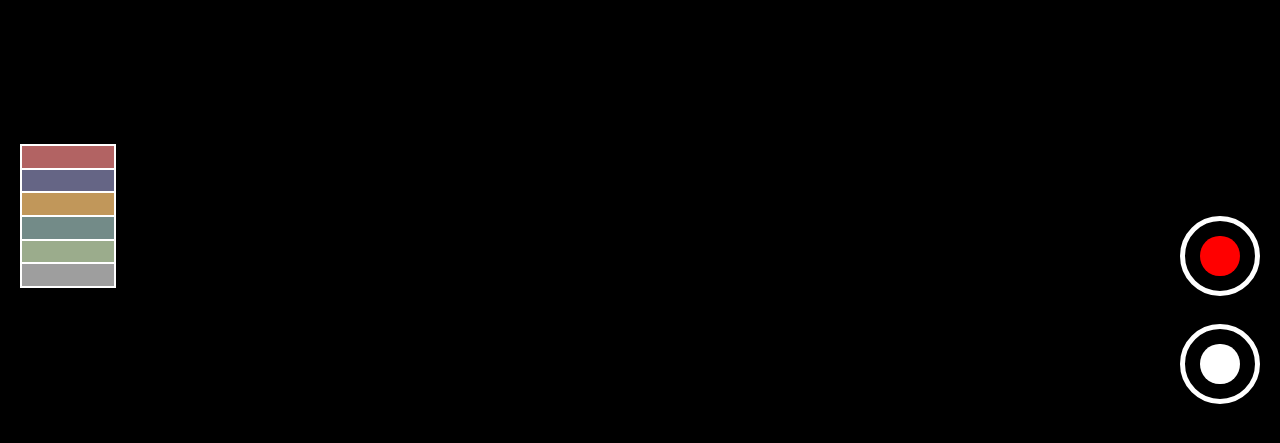
Repository: Priyanshubhartistm/webDev
Page: CSS Que and camera App/Camera/index.html
These files come from the project's save history. The page is drawn as it stood at one moment and after the next save; the edit follows.
The browser window is 1280 px wide. The pictures show the whole page.
Pictures or frames that could not be fetched are drawn as grey boxes.

Above is the page before, as saved 2021-06-13 20:04:58.

After the next save:
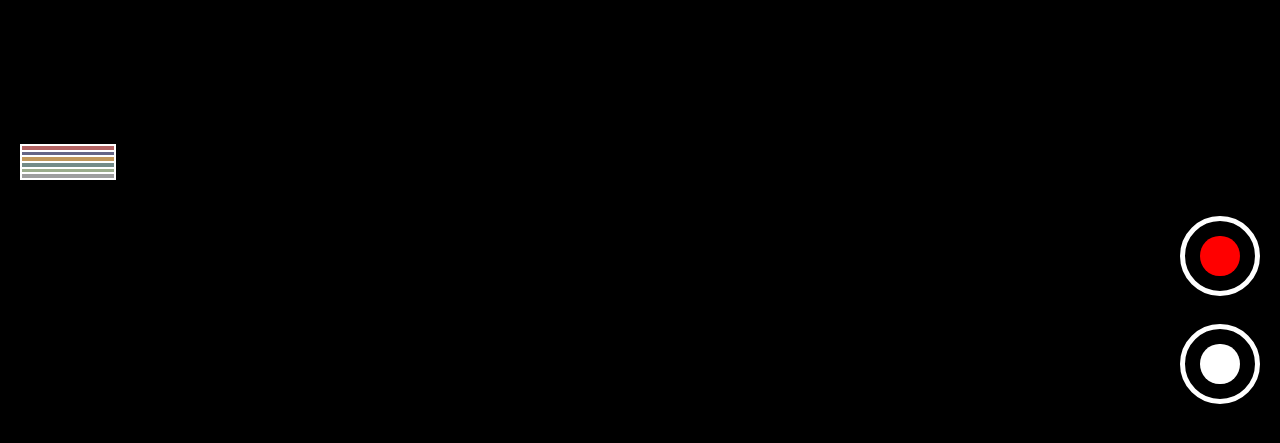
Saved 4 s later.
--- a/CSS Que and camera App/Camera/style.css
+++ b/CSS Que and camera App/Camera/style.css
@@ -85,7 +85,7 @@ video{
 
 .filter-container{
     width: 6rem;
-    height: 20vh;
+    height: 5vh;
     border: 1px solid white;
     position: fixed;
     top: 20vh;
